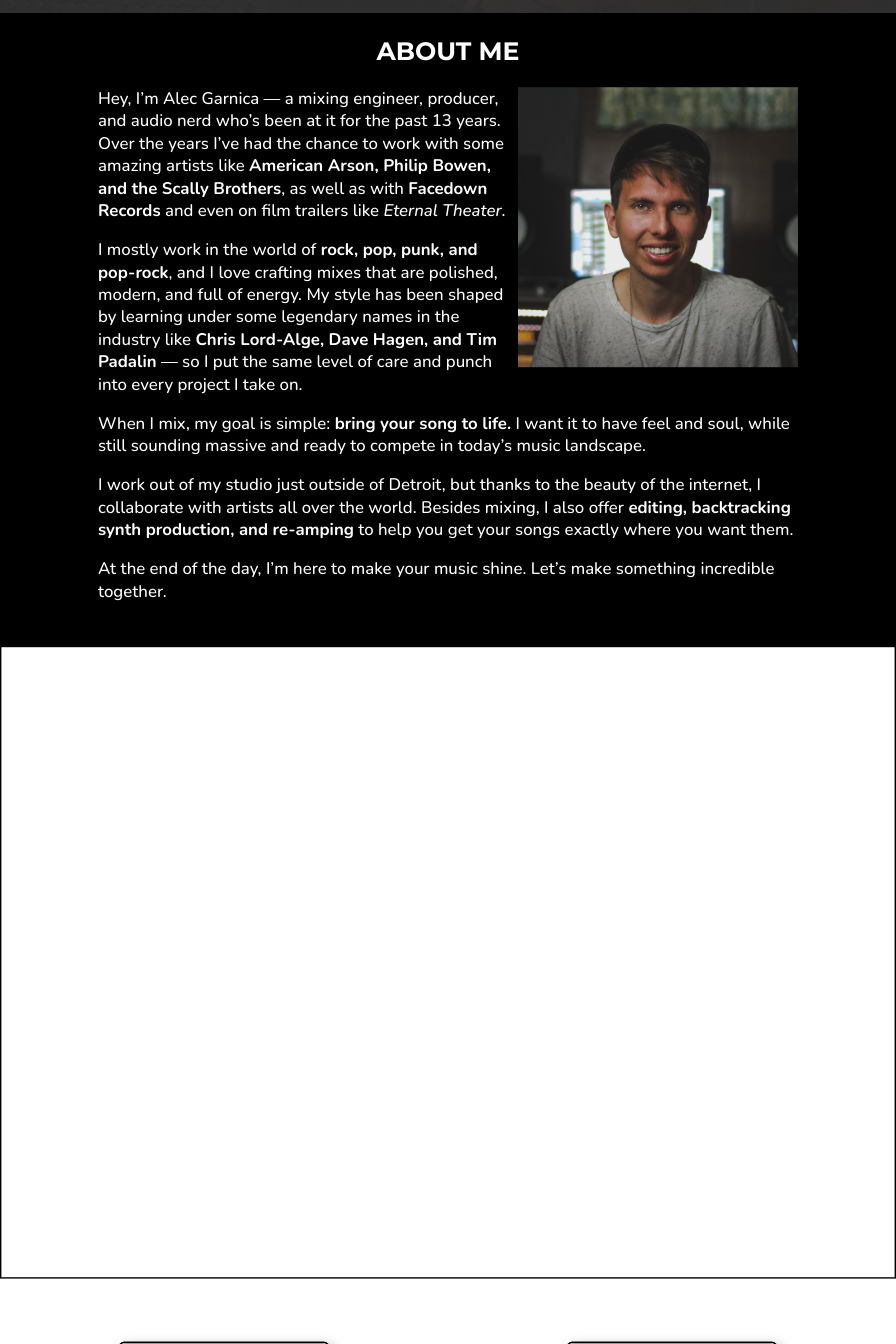
Repository: Aworminator/mixing-portfolio
Page: index.html
The author's editor kept a copy of each file at every save. The page is drawn from the files as they stood at one save, then again after the next save.
The browser window is 1280 px wide. The pictures show the part of the page from y = 882 to 2802 px (the page is 4760 px tall), at 70% of full size.
Pictures or frames that could not be fetched are drawn as grey boxes. Some web fonts or font styles are not loaded; a fallback is used.

Above is the page before, as saved 2025-08-22 16:49:06.

After the next save:
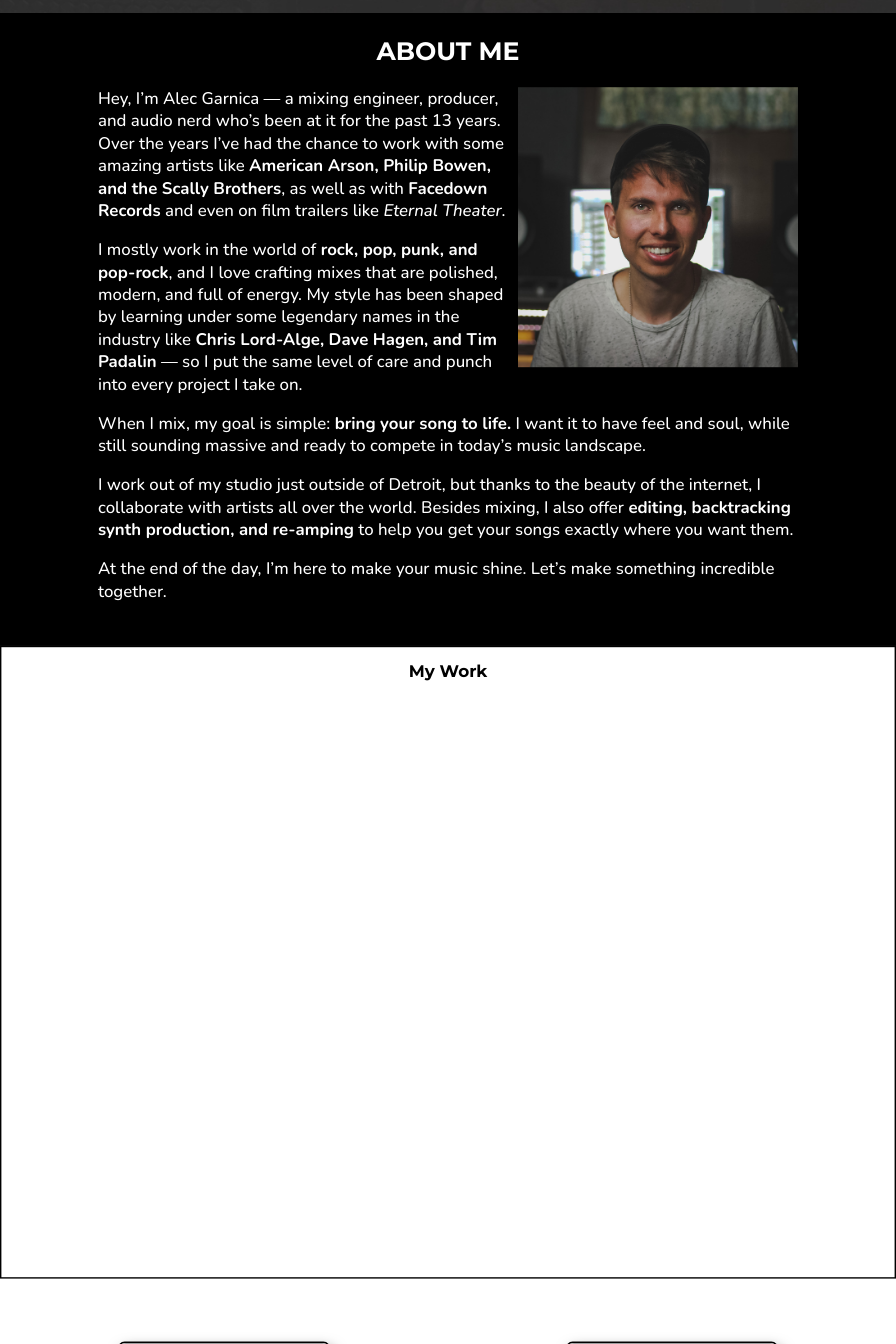
Saved 15 s later.
--- a/index.html
+++ b/index.html
@@ -81,7 +81,7 @@
       </div>
     </section>
     <section class="videos">
-
+      <h1>My Work</h1>
     </section>
     <section class="audio-examples">
       <div class="group">
